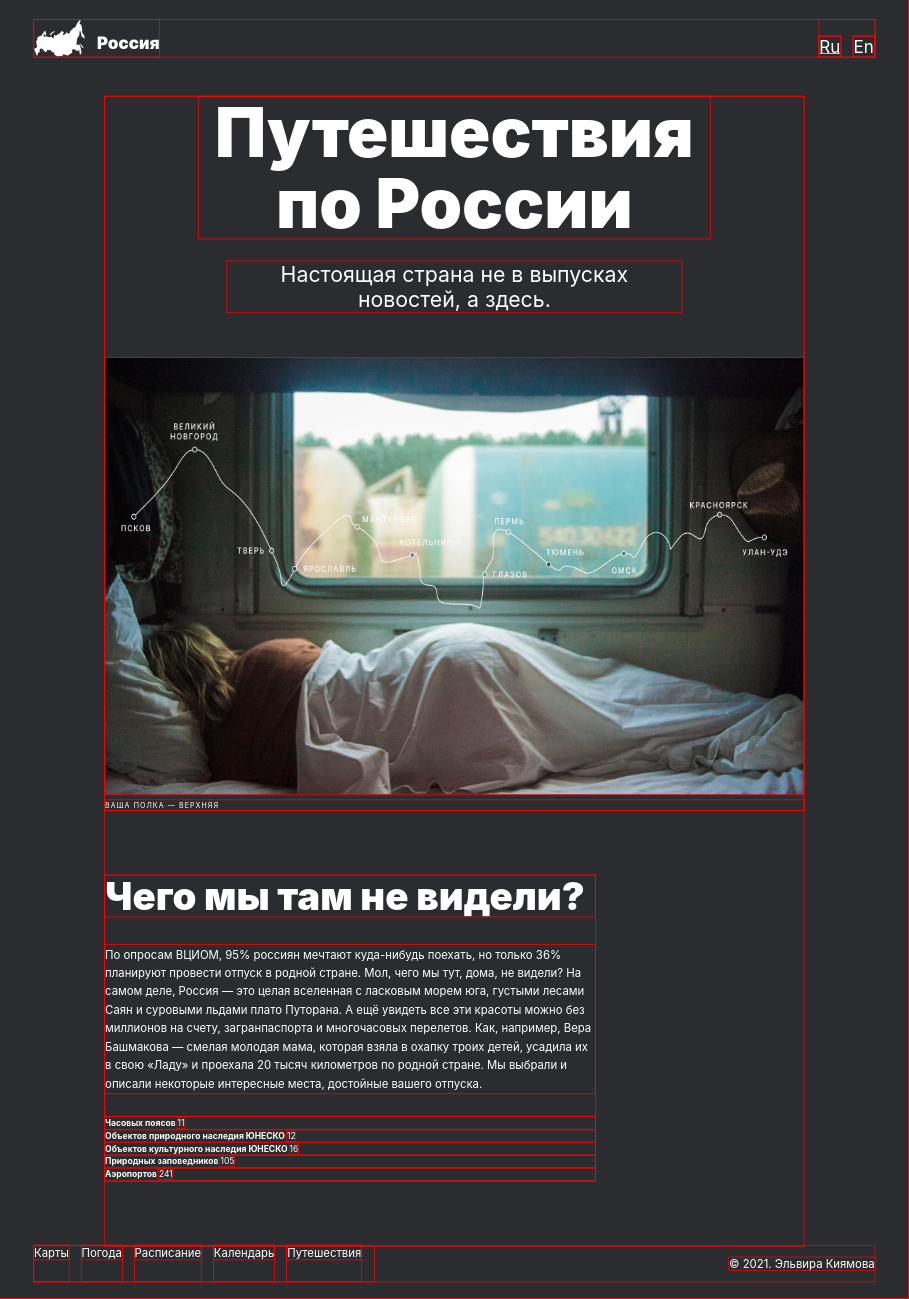
Repository: 89373611988/russia-travel
Page: index.html
The author's editor kept a copy of each file at every save. The page is drawn from the files as they stood at one save, then again after the next save.
The browser window is 1280 px wide. The pictures show the whole page, at 71% of full size.
Some web fonts or font styles are not loaded; a fallback is used.

Above is the page before, as saved 2021-12-18 19:30:45.

### index.html
<!DOCTYPE html>
<html lang="ru">
  <head>
    <meta charset="UTF-8" />
    <meta name="viewport" content="width=device-width, initial-scale=1">
    <title>Путешествия по России</title>
    <link rel="stylesheet" href="pages/index.css" />
  </head>
  <body>
    <div class="page">
      <header class="header page__header">
        <img src="./images/header-logo.svg" alt="" class="header__logo">
        <ul class="header__list">
          <li class="header__item">
            <a href="#" target="_blank" class="header__lang-link">Ru</a>
          </li>
          <li class="header__item">
            <a href="#" target="_blank" class="header__lang-link">En</a>
          </li>
        </ul>
      </header>
      <main class="content">
        <section class="lead ">
          <h1 class="lead__title">Путешествия по России</h1>
          <p class="lead__subtitle">Настоящая страна не в выпусках новостей, а здесь.</p>
          <img src="./images/lead-polka.jpg" alt="Отдых в вагоне" class="lead__image">
          <p class="lead__caption">ваша полка — верхняя</p>
        </section>

        <section class="intro page__intro">
          <h2 class="intro__title">Чего мы там не видели?</h2>
          <p class="intro__text">По опросам ВЦИОМ, 95% россиян мечтают куда-нибудь поехать, но только 36% планируют провести отпуск в родной стране. Мол, чего мы тут, дома, не видели? На самом деле, Россия — это целая вселенная с ласковым морем юга, густыми лесами Саян и суровыми льдами плато Путорана. А ещё увидеть все эти красоты можно без миллионов на счету, загранпаспорта и многочасовых перелетов. Как, например, Вера Башмакова — смелая молодая мама, которая взяла в охапку троих детей, усадила их в свою «Ладу» и проехала 20 тысяч километров по родной стране. Мы выбрали и описали некоторые интересные места, достойные вашего отпуска.</p>
          <ul class="intro__list">
            <li class="intro__item">Часовых поясов
              <span class="intro__number">11</span>
            </li>
            <li class="intro__item">Объектов природного наследия ЮНЕСКО
              <span class="intro__number">12</span>
            </li>
            <li class="intro__item">Объектов культурного наследия ЮНЕСКО
              <span class="intro__number">16</span>
            </li>
            <li class="intro__item">Природных заповедников
              <span class="intro__number">105</span>
            </li>
            <li class="intro__item">Аэропортов
              <span class="intro__number">241</span>
            </li>
          </ul>
        </section>
      </main>

      <footer class="footer">
        <ul class="footer__list">
          <li class="footer__item">
            <a href="https://yandex.ru/maps" class="footer__link">Карты</a>
          </li>
          <li class="footer__item">
            <a href="https://yandex.ru/pogoda" class="footer__link">Погода</a>
          </li>
          <li class="footer__item">
            <a href="https://rasp.yandex.ru" class="footer__link">Расписание</a>
          </li>
          <li class="footer__item">
            <a href="https://calendar.yandex.ru" class="footer__link">Календарь</a>
          </li>
          <li class="footer__item">
            <a href="https://travel.yandex.ru" class="footer__link">Путешествия</a>
          </li>
        </ul>
        <p class="footer__copyright">&copy; 2021. Эльвира Киямова</p>
      </footer>

    </div>
  </body>
</html>

### pages/index.css
@import url("../styles/normalize.css");

@import url("../blocks/page/page.css");
@import url("../blocks/page/__header/page__header.css");
@import url("../blocks/page/__intro/page__intro.css");

@import url("../blocks/header/header.css");
@import url("../blocks/header/__logo/header__logo.css");
@import url("../blocks/header/__list/header__list.css");
@import url("../blocks/header/__item/header__item.css");
@import url("../blocks/header/__lang-link/header__lang-link.css");

@import url("../blocks/content/content.css");

@import url("../blocks/lead/lead.css");
@import url("../blocks/lead/__title/lead__title.css");
@import url("../blocks/lead/__subtitle/lead__subtitle.css");
@import url("../blocks/lead/__image/lead__image.css");
@import url("../blocks/lead/__caption/lead__caption.css");

@import url("../blocks/intro/intro.css");
@import url("../blocks/intro/__title/intro__title.css");
@import url("../blocks/intro/__text/intro__text.css");
@import url("../blocks/intro/__list/intro__list.css");
@import url("../blocks/intro/__item/intro__item.css");
@import url("../blocks/intro/__number/intro__number.css");

@import url("../blocks/footer/footer.css");
@import url("../blocks/footer/__list/footer__list.css");
@import url("../blocks/footer/__item/footer__item.css");
@import url("../blocks/footer/__link/footer__link.css");
@import url("../blocks/footer/__copyight/footer__copyight.css");

@import url("../fonts/Inter\ Web");

### blocks/page/page.css
* {
  outline-width: 1px;
  outline-style: solid;
  outline-color: red;
}

.page {
  color: #ffffff;
  background-color: #2a2c2f;
  font-family: "Inter";
  font-style: normal;
  padding: 28px 0 24px;
  -moz-osx-font-smoothing: grayscale;
  -webkit-font-smoothing: antialiased;
  -webkit-text-size-adjust: 100%;
  -ms-text-size-adjust: 100%;
  -moz-text-size-adjust: 100%;
  text-rendering: optimizeLegibility;
  display: flex;
  flex-direction: column;
  align-items: center;
}

### blocks/page/__header/page__header.css
.page__header {
  margin-bottom: 56px;
}

### blocks/page/__intro/page__intro.css
.page__intro {
  margin: 92px 0;
}

### blocks/header/header.css
.header {
  display: flex;
  flex-direction: row;
  justify-content: space-between;
  width: 1184px;
}

@media (max-width: 1200px) {
  .header {
    width: 928px;
  }
}

@media (max-width: 940px) {
  .header {
    width: 720px;
  }
}

@media (max-width: 768px) {
  .header {
    width: 720px;
  }
}

@media (max-width: 730px) {
  .header {
    width: 600px;
  }
}

@media (max-width: 640px) {
  .header {
    width: 500px;
  }
}

@media (max-width: 540px) {
  .header {
    width: 400px;
  }
}

@media (max-width: 440px) {
  .header {
    width: 300px;
  }
}

@media (max-width: 320px) {
  .header {
    width: 288px;
  }
}

### blocks/header/__logo/header__logo.css
.header__logo {
  width: 176px;
  height: 52px;
}

@media (max-width: 500px) {
  .header__logo {
    width: 142px;
    height: 42px;
  }
}

### blocks/header/__list/header__list.css
.header__list {
  display: flex;
  flex-direction: row;
  align-items: flex-end;
  padding: 0;
  margin: 0;
}

### blocks/header/__item/header__item.css
.header__item {
  list-style-type: none;
  width: 30px;
  height: 28px;
}

.header__item:first-child {
  margin-right: 18px;
  text-decoration: underline;
}

### blocks/header/__lang-link/header__lang-link.css
.header__lang-link {
  font-size: 24px;
  line-height: 28px;
  color: #fff;
  text-decoration: none;
}

@media (max-width: 500px) {
  .header__lang-link {
    font-size: 18px;
    line-height: 20px;
  }
}

### blocks/content/content.css


.content {

}

### blocks/lead/lead.css
.lead {
  display: flex;
  flex-direction: column;
}

### blocks/lead/__title/lead__title.css
.lead__title {
  font-weight: 900;
  font-size: 96px;
  line-height: 100px;
  max-width: 720px;
  text-align: center;
  align-self: center;
  margin: 0;
}

@media (max-width: 768px) {
  .lead__title {
    font-size: 70px;
    line-height: 80px;
    max-width: 500px;
  }
}

@media (max-width: 520px) {
  .lead__title {
    font-size: 50px;
    line-height: 70px;
    max-width: 400px;
  }
}

@media (max-width: 440px) {
  .lead__title {
    font-size: 45px;
    line-height: 50px;
    max-width: 330px;
  }
}

@media (max-width: 320px) {
  .lead__title {
    font-size: 40px;
    line-height: 44px;
    max-width: 288px;
  }
}

### blocks/lead/__subtitle/lead__subtitle.css
.lead__subtitle {
  font-size: 30px;
  line-height: 36px;
  align-self: center;
  margin: 32px 0 64px;
  max-width: 640px;
  text-align: center;
}

@media (max-width: 680px) {
  .lead__subtitle {
    font-size: 28px;
    line-height: 30px;
    max-width: 550px;
  }
}

@media (max-width: 575px) {
  .lead__subtitle {
    font-size: 25px;
    line-height: 30px;
    max-width: 400px;
  }
}

@media (max-width: 430px) {
  .lead__subtitle {
    font-size: 18px;
    line-height: 25px;
    max-width: 300px;
  }
}

@media (max-width: 320px) {
  .lead__subtitle {
    font-size: 16px;
    line-height: 20px;
    max-width: 288px;
  }
}

### blocks/lead/__image/lead__image.css
.lead__image {
  max-width: 984px;
  max-height: 615px;
  margin: 0 auto;
}

@media (max-width: 1024px) {
  .lead__image {
    max-width: 100%;
  }
}

### blocks/lead/__caption/lead__caption.css
.lead__caption {
  font-size: 10px;
  line-height: 14px;
  letter-spacing: 1.5px;
  margin: 8px 0 0;
  text-transform: uppercase;
  text-align: left;
}

### blocks/intro/intro.css
.intro {
  max-width: 690px;
}

@media (max-width: 1024px) {
  .intro {
    margin-left: 48px;
  }
}

@media (max-width: 768px) {
  .intro {
    max-width: 720px;
    margin-left: 24px;
    margin-right: 24px;
  }
}

@media (max-width: 320px) {
  .intro {
    max-width: 288px;
    margin-left: 16px;
    margin-right: 16px;
  }
}

### blocks/intro/__title/intro__title.css
.intro__title {
  margin: 0;
  font-weight: 900;
  font-size: 54px;
  line-height: 58px;
}

@media (max-width: 768px) {
  .intro__title {
    font-size: 40px;
    line-height: 40px;
  }
}

@media (max-width: 400px) {
  .intro__title {
    font-size: 32px;
    line-height: 35px;
  }
}

### blocks/intro/__text/intro__text.css
.intro__text {
  font-size: 16px;
  line-height: 163%;
  margin: 40px 0 33px;
}

### blocks/intro/__list/intro__list.css
.intro__list {
  margin: 0;
  padding: 0;
  font-weight: bold;
  font-size: 12px;
  line-height: 18px;
}

### blocks/intro/__item/intro__item.css
.intro__item {
  list-style-type: none;
}

### blocks/intro/__number/intro__number.css
.intro__number {
  font-weight: normal;
}

### blocks/footer/footer.css
.footer {
  width: 1184px;
  display: flex;
  flex-direction: row;
  justify-content: space-between;
}

### blocks/footer/__list/footer__list.css
.footer__list {
  display: flex;
  flex-direction: row;
  padding: 0;
  margin: 0;
  font-size: 16px;
  line-height: 18px;
}

### blocks/footer/__item/footer__item.css
.footer__item {
  list-style-type: none;
  margin-right: 18px;
  height: m;
}

### blocks/footer/__link/footer__link.css
.footer__link {
  color: #fff;
  text-decoration: none;
}

### blocks/footer/__copyight/footer__copyight.css
.footer__copyight {
  margin: 0;
  font-size: 14px;
  line-height: 16px;
}

Loaded but not shown: styles/normalize.css (library)

After the next save:
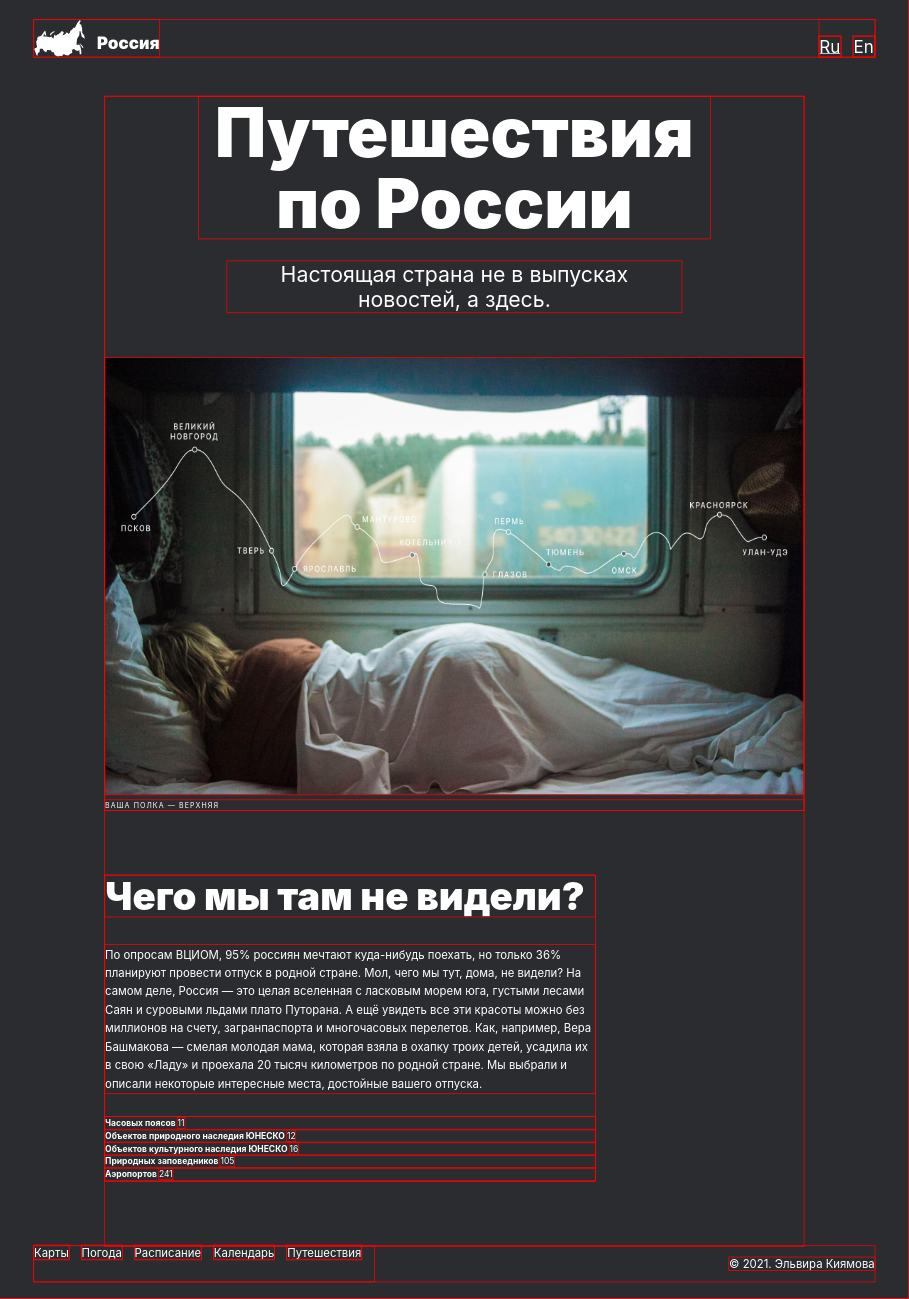
Saved 5 s later.
--- a/blocks/footer/__item/footer__item.css
+++ b/blocks/footer/__item/footer__item.css
@@ -1,5 +1,5 @@
 .footer__item {
   list-style-type: none;
   margin-right: 18px;
-  height: m;
+  height: 18px;
 }

After the save that followed:
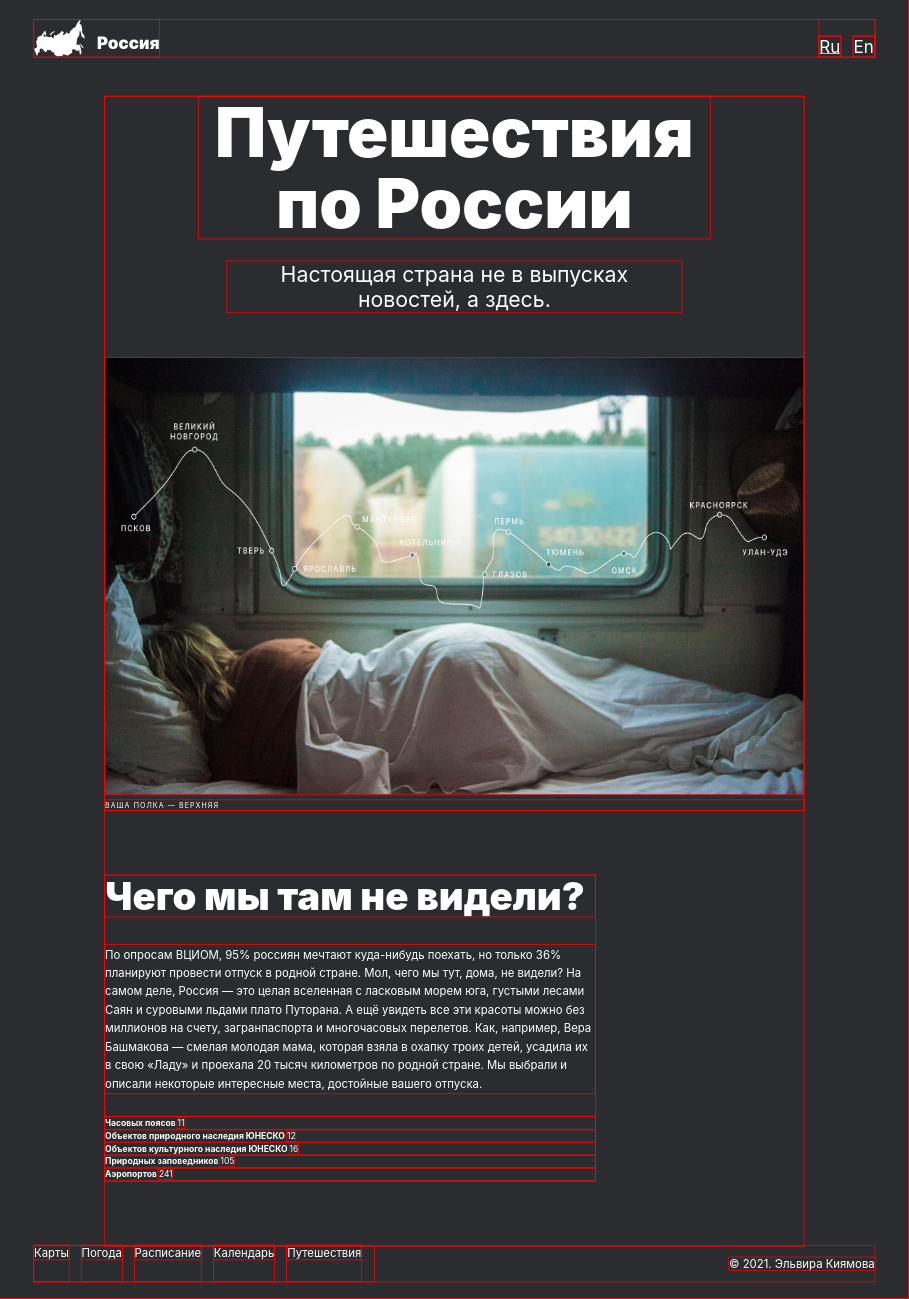
Saved 22 s later.
--- a/blocks/footer/__item/footer__item.css
+++ b/blocks/footer/__item/footer__item.css
@@ -1,5 +1,4 @@
 .footer__item {
   list-style-type: none;
   margin-right: 18px;
-  height: 18px;
 }
